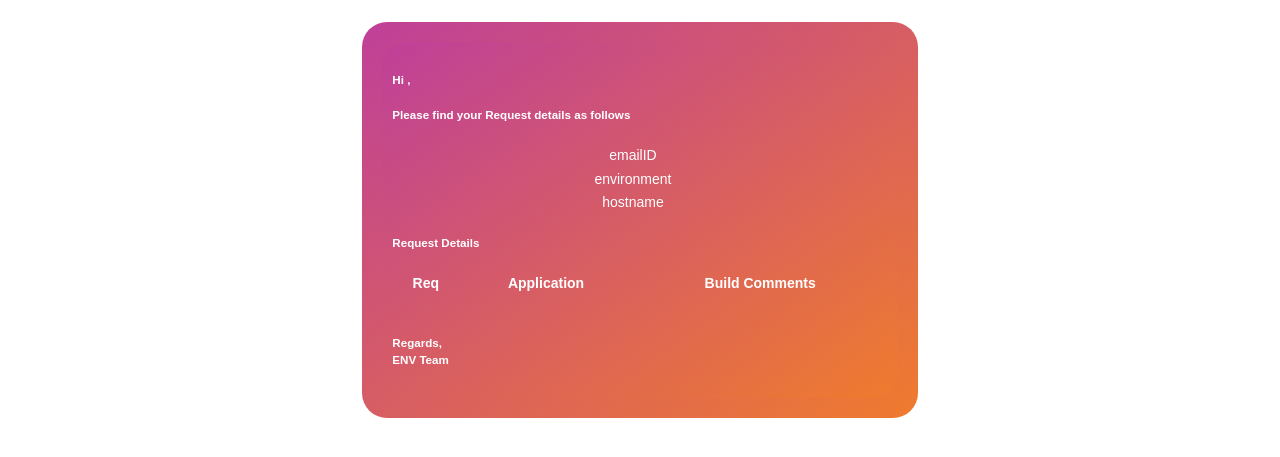
Repository: SumanpreetJhinjer/automationTosca
Page: JB_Workspace/SSINFRAP/WebContent/emailReports/buildRequestEmail.html
These files come from the project's save history. The page is drawn as it stood at one moment and after the next save; the edit follows.
The browser window is 1280 px wide. The pictures show the whole page.

Above is the page before, as saved 2019-02-07 02:59:12.

### JB_Workspace/SSINFRAP/WebContent/emailReports/buildRequestEmail.html

<!doctype html>
<html>
<head>
<meta name="viewport" content="width=device-width" />
<meta http-equiv="Content-Type" content="text/html; charset=UTF-8" />
<title>Request process confirmation Email</title>
<style>
/* -------------------------------------
          GLOBAL RESETS
      ------------------------------------- */
img {
	border: none;
	-ms-interpolation-mode: bicubic;
	max-width: 100%;
}

body {
	background-color: white;
	font-family: sans-serif;
	-webkit-font-smoothing: antialiased;
	font-size: 14px;
	line-height: 1.4;
	margin: 0;
	padding: 0;
	-ms-text-size-adjust: 100%;
	-webkit-text-size-adjust: 100%;
}

table {
	border-collapse: separate;
	mso-table-lspace: 0pt;
	mso-table-rspace: 0pt;
	width: 100%;

}

.mainTable{
background-color: #ae2035;
	color: white;
	border-radius: 25px;
	background-image: linear-gradient(to bottom right, #bf4099, #ef7b2e);
}

table td {
	font-family: sans-serif;
	font-size: 14px;
	vertical-align: top;
	color:white;

}

/* -------------------------------------
          BODY & CONTAINER
      ------------------------------------- */
.body {
	background-color: white;
	width: 100%;
}

/* Set a max-width, and make it display as block so it will automatically stretch to that width, but will also shrink down on a phone or something */
/* .container {
	display: block;
	Margin: 0 auto !important;

	max-width: 580px;
	padding: 10px;
	width: auto !important;
	width: 580px;
} */ /* makes it centered */

/* This should also be a block element, so that it will fill 100% of the .container */
/* .content {
	box-sizing: border-box;
	display: block;
	Margin: 0 auto;
	max-width: 580px;
	padding: 10px;
} */

/* -------------------------------------
          HEADER, FOOTER, MAIN
      ------------------------------------- */
.main {
	background:white;
	/* #f17b00; */
	border-radius: 3px;
	width: 100%;
}

td th {
	color:white;
}

.wrapper {
	box-sizing: border-box;
	padding: 20px;
	background-color: #ae2035;
	color: #210318c4;
	border-radius: 25px;
	background-image: linear-gradient(to bottom right, #bf4099, #ef7b2e);
}

.footer {
	clear: both;
	padding-top: 10px;
	text-align: center;
	width: 100%;
}

.footer td, .footer p, .footer span, .footer a {
	color: #999999;
	font-size: 12px;
	text-align: center;
}

/* -------------------------------------
          TYPOGRAPHY
      ------------------------------------- */
h1, h2, h3, h4 {
	color: #000000;
	font-family: sans-serif;
	font-weight: 400;
	line-height: 1.4;
	margin: 0;
	Margin-bottom: 30px;
}

h1 {
	font-size: 35px;
	font-weight: 300;
	text-align: center;
	text-transform: capitalize;
}

p, ul, ol {
	font-family: sans-serif;
	font-size: 14px;
	font-weight: normal;
	margin: 0;
	Margin-bottom: 15px;
}

p li, ul li, ol li {
	list-style-position: inside;
	margin-left: 5px;
}

a {
	color: #3498db;
	text-decoration: underline;
}

/* -------------------------------------
          BUTTONS
      ------------------------------------- */
.btn {
	box-sizing: border-box;
	width: 100%;
}

.btn>tbody>tr>td {
	padding-bottom: 15px;
}

.btn table {
	width: auto;
}

.btn table td {
	background-color: #ffffff;
	border-radius: 5px;
	text-align: center;
}

.machinelist th td {
padding: 8px;
  text-align: left;
  border-bottom: 1px solid #ddd;
}

.btn a {
	background-color: #ffffff;
	border: solid 1px #3498db;
	border-radius: 5px;
	box-sizing: border-box;
	color: #3498db;
	cursor: pointer;
	display: inline-block;
	font-size: 14px;
	font-weight: bold;
	margin: 0;
	padding: 12px 25px;
	text-decoration: none;
	text-transform: capitalize;
}

.btn-primary table td {
	background-color: #3498db;
}

.btn-primary a {
	background-color: #3498db;
	border-color: #3498db;
	color: #ffffff;
}

/* -------------------------------------
          OTHER STYLES THAT MIGHT BE USEFUL
      ------------------------------------- */
.last {
	margin-bottom: 0;
}

.first {
	margin-top: 0;
}

.align-center {
	text-align: center;
	color:white;
}

.align-right {
	text-align: right;
}

.align-left {
	text-align: left;
}

.clear {
	clear: both;
}

.mt0 {
	margin-top: 0;
}

.mb0 {
	margin-bottom: 0;
}

.preheader {
	color: transparent;
	display: none;
	height: 0;
	max-height: 0;
	max-width: 0;
	opacity: 0;
	overflow: hidden;
	mso-hide: all;
	visibility: hidden;
	width: 0;
}

.cell {
	width: 150px
}

.powered-by a {
	text-decoration: none;
}

hr {
	border: 0;
	border-bottom: 1px solid #f6f6f6;
	Margin: 20px 0;
}

/* -------------------------------------
          RESPONSIVE AND MOBILE FRIENDLY STYLES
      ------------------------------------- */
@media only screen and (max-width: 620px) {
	table[class=body] h1 {
		font-size: 28px !important;
		margin-bottom: 10px !important;
	}
	table[class=body] p, table[class=body] ul, table[class=body] ol, table[class=body] td,
		table[class=body] span, table[class=body] a {
		font-size: 16px !important;
	}
	table[class=body] .wrapper, table[class=body] .article {
		padding: 10px !important;
	}
	table[class=body] .content {
		padding: 0 !important;
	}
	table[class=body] .container {
		padding: 0 !important;
		width: 100% !important;
	}
	table[class=body] .main {
		border-left-width: 0 !important;
		border-radius: 0 !important;
		border-right-width: 0 !important;
	}
	table[class=body] .btn table {
		width: 100% !important;
	}
	table[class=body] .btn a {
		width: 100% !important;
	}
	table[class=body] .img-responsive {
		height: auto !important;
		max-width: 100% !important;
		width: auto !important;
	}
}

/* -------------------------------------
          PRESERVE THESE STYLES IN THE HEAD
      ------------------------------------- */
@media all {
	.ExternalClass {
		width: 100%;
	}
	.ExternalClass, .ExternalClass p, .ExternalClass span, .ExternalClass font,
		.ExternalClass td, .ExternalClass div {
		line-height: 100%;
	}
	.apple-link a {
		color: inherit !important;
		font-family: inherit !important;
		font-size: inherit !important;
		font-weight: inherit !important;
		line-height: inherit !important;
		text-decoration: none !important;
	}
	.btn-primary table td:hover {
		background-color: #34495e !important;
	}
	.btn-primary a:hover {
		background-color: #34495e !important;
		border-color: #34495e !important;
	}
}
</style>
</head>
<body class="">
	<table border="0" cellpadding="0" cellspacing="0" class="body">
		<tr>
			<td>&nbsp;</td>
			<td class="container"
				style="display: block; Margin: 0 auto !important; max-width: 580px; padding: 10px; width: auto !important; width: 580px;">
				<div class="content"
					style="box-sizing: border-box; display: block; Margin: 0 auto; max-width: 580px; padding: 10px;">

					<!-- START CENTERED WHITE CONTAINER -->
					<!-- <span class="preheader">This is preheader text. Some clients
						will show this text as a preview.</span> -->
					<table class="main">

						<!-- START MAIN CONTENT AREA -->
						<tr>
							<td class="wrapper">
								<table border="0" cellpadding="0" cellspacing="0" class="mainTable">
									<tr>
										<td style="padding:2%">
											<h5>
												Hi
												<userID>,
											</h5>
											<h5>Please find your Request details as follows</h5>
											<table border="0" cellpadding="0" cellspacing="0">
												<tbody>
													<tr>
														<td align="">
															<table class="userList">
																<tbody>
																	<tr>
																		<td class="align-center">emailID</td>
																		<td class="align-center"><emailID></td>
																	</tr>
																	<tr>
																		<td class="align-center">environment</td>
																		<td class="align-center"><environment></td>
																	</tr>
																	<tr>
																		<td class="align-center">hostname</td>
																		<td class="align-center"><hostname></td>
																	</tr>
																</tbody>
															</table>

															<h5>Request Details</h5>

															<table class="machinelist">
																<thead>
																	<th class="align-center">Req</th>
																	<th class="align-center">Application</th>
																	<th class="align-center">Build Comments</th>
																</thead>
																<tbody>
																	<machineDetails>
																</tbody>

															</table>

														</td>
													</tr>
												</tbody>
											</table> <br>
											<h5>
					Regards,<br>ENV Team
				</h5>
										</td>
									</tr>
								</table>
							</td>
						</tr>

						<!-- END MAIN CONTENT AREA -->
					</table>

					<!-- START FOOTER -->
					<!-- <div class="footer">
						<table border="0" cellpadding="0" cellspacing="0">
							<tr>

								<td class="content-block"><span class="apple-link">Telstra
										Corporation Limited</span>
							</tr>
							<tr>
								<td class="content-block"><span class="apple-link">Powered
										by Cognizant</span></td>
							</tr>

						</table>
					</div>
 -->
					<!-- END FOOTER -->

					<!-- END CENTERED WHITE CONTAINER -->
				</div>
			</td>
			<td>&nbsp;</td>
		</tr>
	</table>

</body>
</html>

After the next save:
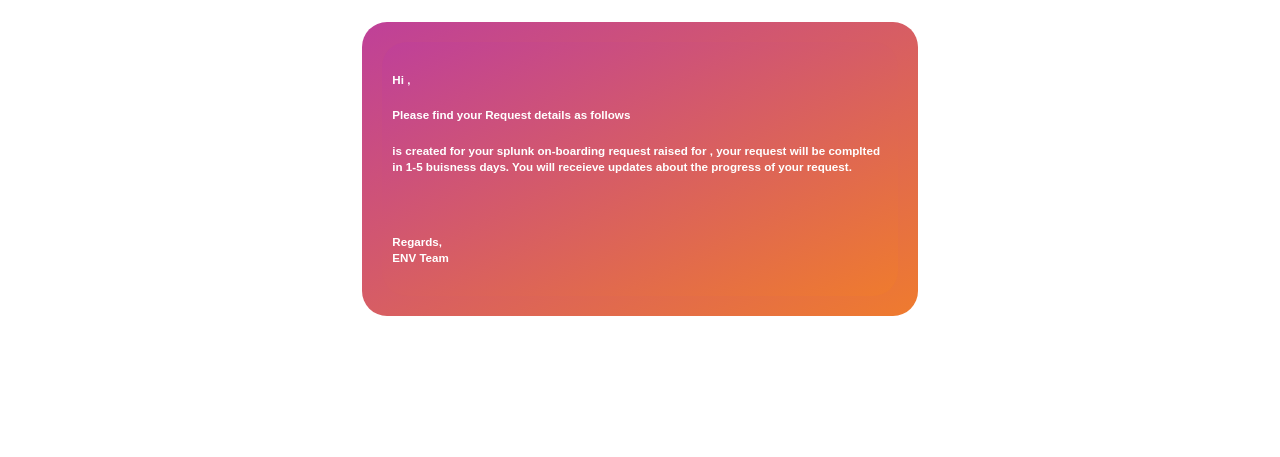
Saved 6 min 30 s later.
--- a/JB_Workspace/SSINFRAP/WebContent/emailReports/buildRequestEmail.html
+++ b/JB_Workspace/SSINFRAP/WebContent/emailReports/buildRequestEmail.html
@@ -362,7 +362,8 @@
 												<userID>,
 											</h5>
 											<h5>Please find your Request details as follows</h5>
-											<table border="0" cellpadding="0" cellspacing="0">
+											<h5><requestNumber> is created for your splunk on-boarding request raised for <appname>, your request will be complted in 1-5 buisness days. You will receieve updates about the progress of your request.</h5>
+											<!-- <table border="0" cellpadding="0" cellspacing="0">
 												<tbody>
 													<tr>
 														<td align="">
@@ -400,7 +401,7 @@
 														</td>
 													</tr>
 												</tbody>
-											</table> <br>
+											</table>  --><br>
 											<h5>
 					Regards,<br>ENV Team
 				</h5>
